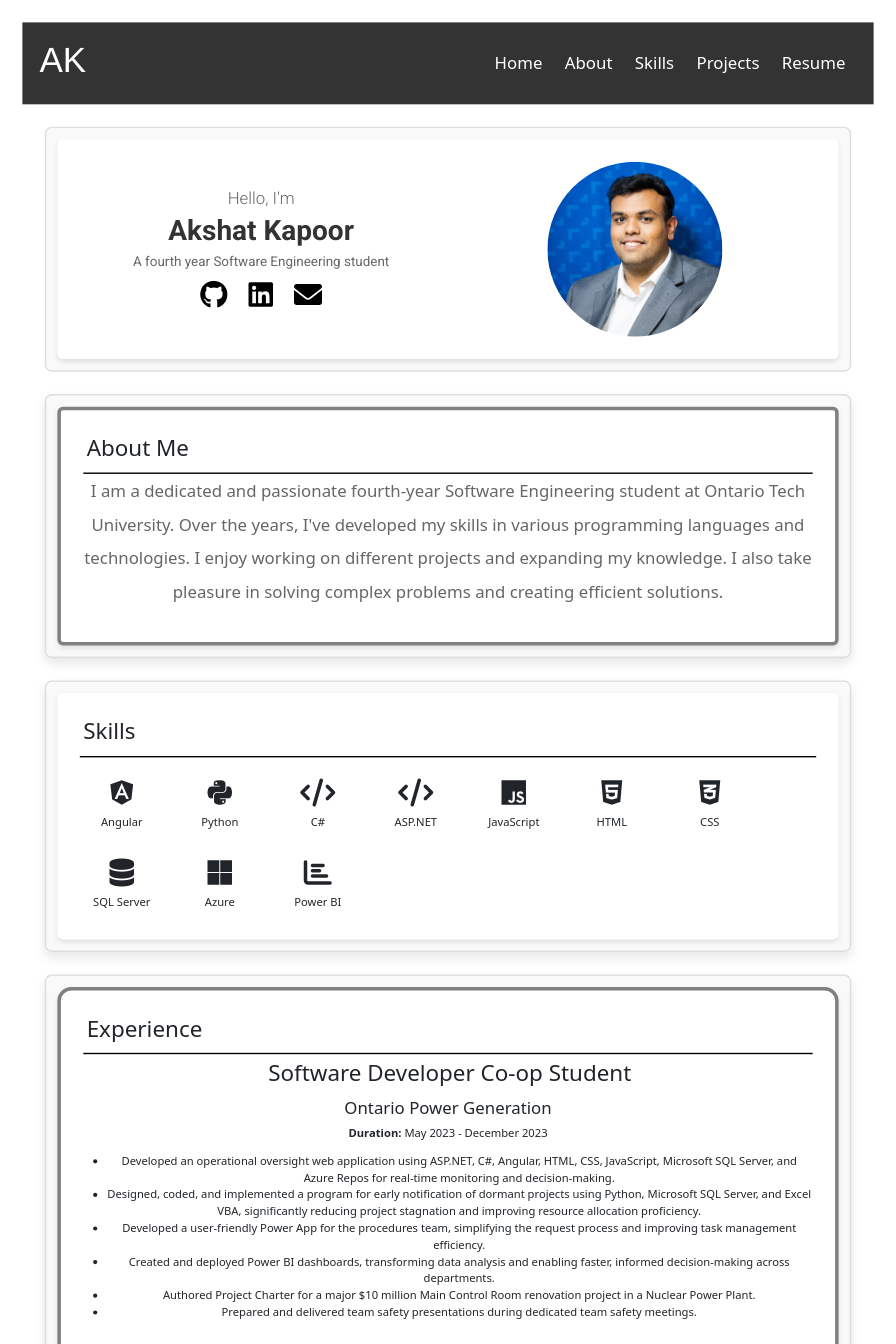
Repository: AkshatKapo/My-Portfolio
Page: /
An editor plug-in stored every save of this project. The page is shown before and after the next save, followed by the edit.
The browser window is 1280 px wide. The pictures show the part of the page from y = 0 to 1920 px (the page is 3269 px tall), at 70% of full size.
The project was rebuilt for these pictures with package versions that can differ from the ones it lists, and the page was loaded fresh each time. Also part of the build but not shown: vite.config.js.

Above is the page before, as saved 2024-06-18 18:16:05.

### index.html
<!DOCTYPE html>
<html lang="en">
  <head>
    <meta charset="UTF-8" />
    <link rel="stylesheet" href="https://cdnjs.cloudflare.com/ajax/libs/font-awesome/6.0.0-beta3/css/all.min.css">
    <link rel="stylesheet" href="https://maxcdn.bootstrapcdn.com/bootstrap/4.5.2/css/bootstrap.min.css">

    <meta name="viewport" content="width=device-width, initial-scale=1.0" />
    <title>Vite + React</title>
  </head>
  <body>
    <div id="root"></div>
    <script type="module" src="/src/main.jsx"></script>
  </body>
</html>

### src/main.jsx
import React from 'react'
import ReactDOM from 'react-dom/client'
import App from './App'
import './index.css'
import 'bootstrap/dist/css/bootstrap.min.css';


ReactDOM.createRoot(document.getElementById('root')).render(
  <React.StrictMode>
    <App />
  </React.StrictMode>,
)

### src/App.jsx
import { useEffect } from 'react';
import './App.css';
import Header from './components/Header';
import Home from './components/Home';
import About from './components/About';
import Experience from './components/Experience'; // Corrected import path
import Projects from './components/projects';
import Contact from './components/Contact';
import Skill from './components/skill'
function App() {
  useEffect(() => {
    function reveal() {
      let reveals = document.querySelectorAll(".reveal");// stores all the elements with class reveal into an array

      for (var i = 0; i < reveals.length; i++) { // iterates through reveals array, takes the each element with class reveals
        let windowHeight = window.innerHeight; // gets the height of the view port
        let elementTop = reveals[i].getBoundingClientRect().top;// gets the postion of the element relative to the view port
        let sectionHeight = reveals[i].offsetHeight;// calculates the hieght of the element
        let elementVisible = windowHeight - elementTop > 0 ? windowHeight - elementTop : 0;// calculates the porton  of the element visible(Dstance between the top of the view port  and bottom of visible part of  the element)
        let visibilityRatio = elementVisible / sectionHeight; // Fraction of the element visible

        if (visibilityRatio > 0.5) {  // if the visibility ratio is greater than half then it will make it visible
          reveals[i].classList.add("active");// add class actve to the element to make it visible
        } else { // if its less than 0.5 than it wll not display it or remove the class
          reveals[i].classList.remove("active");
        }
      }
    }

    window.addEventListener("scroll", reveal);// Add scroll as event listenere because wewe want to dsplay elements as user scrolls down

    // Call reveal initially to check the visibility of elements when the component mounts
    reveal();

    // Cleanup function to remove event listener when component unmounts
    return () => {
      window.removeEventListener("scroll", reveal);
    };
  }, []);


  return (
    <div>
      <Header />
      <Home />
      <About />
      <Skill />
      <Experience />
      <Projects />
      <Contact />

    </div>
  );
}

export default App;

/*
Mount: useEffect runs, reveal function defined and called, scroll event listener added.
Scroll: Each scroll triggers the reveal function to recalculate and update element visibility.
Unmount: Cleanup function removes the scroll event listener.
*/

### src/index.css
body {
    font-family: 'Segoe UI', Tahoma, Geneva, Verdana, sans-serif;
    background-color:#ccddff;
    color:black;
    margin: 0;
    padding: 0;
  }


  #root {
    display: flex;
    flex-direction: column;
    min-height: 100vh;
  }

### src/App.css
#root {
  max-width: 1280px;
  margin: 0 auto;
  padding: 2rem;
  text-align: center;
}
.reveal {
  opacity: 0;
  transform: translateY(100px);
  transition: opacity 0.6s ease-out, transform 0.6s ease-out;
}

.reveal.active {
  opacity: 1;
  transform: translateY(0);
}

### src/components/Header.jsx
import React from 'react'
import './Header.css'

const Header = () => {
  return (
    <header>
      <h1 className='title'>AK</h1>
      <nav>
        <ul>
          <li><a href="#home">Home</a></li>
          <li><a href="#about">About</a></li>
          <li><a href="#skills">Skills</a></li>
          <li><a href="#projects">Projects</a></li>
          <li><a href="/Akshat_Kapoor_Resume.pdf">Resume</a></li>
        </ul>
      </nav>
    </header>
  )
}

export default Header

### src/components/Home.jsx
import React from "react";
import "./Home.css";

const Home = () => {
  return (
    <div className="reveal">
      <section id="home">
        <div className="home-content">
          <div className="text-content">
            <h3>Hello, I'm</h3>
            <h1>Akshat Kapoor</h1>
            <h4>A fourth year Software Engineering student</h4>
            <div className="social-icons">
              <a href="https://github.com/yourusername" target="_blank" rel="noopener noreferrer">
                <i className="fab fa-github"></i>
              </a>
              <a href="https://www.linkedin.com/in/yourusername" target="_blank" rel="noopener noreferrer">
                <i className="fab fa-linkedin"></i>
              </a>
              <a href="mailto:youremail@gmail.com" target="_blank" rel="noopener noreferrer">
                <i className="fas fa-envelope"></i>
              </a>

            </div>


          </div>

          <div className="line1"></div>
          <div className="image-content">
            <img
              src="/assets/images/1666144074188.jpeg"
              alt="Akshat Kapoor"
              className="profile-image"
            />
          </div>
        </div>
      </section>
    </div>
  );
};

export default Home;

### src/components/About.jsx
import React from 'react';
import './About.css';

function About() {
  return (
    <section id="about">
      <div id='about-content'>
       <h2>About Me</h2>
       <div className='seperator'>


       </div>
       <p>I am a dedicated and passionate fourth-year Software Engineering student at Ontario Tech University. Over the years, I've developed my skills in various programming languages and technologies. I enjoy working on different projects and expanding my knowledge. I also take pleasure in solving complex problems and creating efficient solutions. </p>
      </div>
    </section>
  );
}

export default About;

### src/components/Experience.jsx
import React from 'react'
import './Experience.css'

const Experience = () => {
  return (
    <div className="reveal">
      <section id="experience">
        <div id="experience-content">
          <h2>Experience</h2>
          <div className="divider1"></div>
          <div>
            <h3>Software Developer Co-op Student</h3>
            <h4>Ontario Power Generation</h4>
            <p>
              <strong>Duration:</strong> May 2023 - December 2023
            </p>
            <ul>
              <li>Developed an operational oversight web application using ASP.NET, C#, Angular, HTML, CSS, JavaScript, Microsoft SQL Server, and Azure Repos for real-time monitoring and decision-making.</li>
              <li>Designed, coded, and implemented a program for early notification of dormant projects using Python, Microsoft SQL Server, and Excel VBA, significantly reducing project stagnation and improving resource allocation proficiency.</li>
              <li>Developed a user-friendly Power App for the procedures team, simplifying the request process and improving task management efficiency.</li>
              <li>Created and deployed Power BI dashboards, transforming data analysis and enabling faster, informed decision-making across departments.</li>
              <li>Authored Project Charter for a major $10 million Main Control Room renovation project in a Nuclear Power Plant.</li>
              <li>Prepared and delivered team safety presentations during dedicated team safety meetings.</li>
            </ul>
          </div>
        </div>
      </section>
    </div>
  )
}

export default Experience

### src/components/projects.jsx
import React from "react";
import "./projects.css";

const projects = () => {
  return (
    <section id="projects">
      <div class="project-list">
        <h2>Projects</h2>
        <div className="seperator"></div>
        <div class="project-row">
          <div class="project">
            <h3>Digit Recognizer</h3>
            <img src="/assets/images/image.jpg"></img>
            <p>
              Developed a PyTorch-based neural network with a four-layer
              feedforward architecture to classify MNIST handwritten digits
              using Python programming language and Machine learning methods.
            </p>
            <a href="/Machine_Learning_Project.pdf" class="Projectbutton">
              View Report
            </a>
            <a href="link-to-project1" class="Projectbutton2">
              View Project
            </a>
          </div>
          <div class="project">
            <h3>Next-Day Date Calculation: Java Test Case Design </h3>
            <img src="/assets/images/date.jpg"></img>
            <p>
              Developed a Java program for next-day date calculation, leveraging
              JUnit for systematic testing.{" "}
            </p>
            <a href="/100781511_Akshat_Kapoor_TestDesignAssignment_NextDate.pdf" class="Projectbutton">
              View Report
            </a>
            <a href="link-to-project1" class="Projectbutton2">
              View Project
            </a>
          </div>
        </div>
        <div class="project-row">
          <div class="project">
            <h3>Camera Motoin Sensor System</h3>
            <img src="/assets/images/moton sensor.jpg"></img>
            <p>
              Developed a software project management project related to a
              camera motion sensor system, which includes creating project plans and techncal documents.
            </p>
            <a href="/SPM_Project.pdf" class="Projectbutton">
              View Report
            </a>
            <a href="link-to-project1" class="Projectbutton2">
              View Project
            </a>
          </div>
          <div class="project">
            <h3>Course Registeration Website</h3>
            <img src="/assets/images/coursespage.jpg"></img>
            <p>
              Developed a university course registration website,
              meeting deadlines and objectives using HTML, CSS, JavaScript,
              Bootstrap, PHP, and SQL for design and functionality.
            </p>
            <a href="/Data_Report.pdf" class="Projectbutton">
              View Report
            </a>
            <a href="link-to-project1" class="Projectbutton2">
              View Project
            </a>
          </div>
        </div>
      </div>
    </section>
  );
};

export default projects;

### src/components/Contact.jsx
import React from "react";
import "./Contact.css";

const Contact = () => {
  return (
    <footer id="footer">
      <div className="footer-content">
        <ul className="footer-icons">
          <li>
            <a
              href="https://github.com/yourusername"
              target="_blank"
              rel="noopener noreferrer"
            >
              <i className="fab fa-github"></i>
            </a>
          </li>
          <li>
            <a
              href="https://www.linkedin.com/in/yourusername"
              target="_blank"
              rel="noopener noreferrer"
            >
              <i className="fab fa-linkedin"></i>
            </a>
          </li>
          <li>
            <a
              href="mailto:youremail@gmail.com"
              target="_blank"
              rel="noopener noreferrer"
            >
              <i className="fas fa-envelope"></i>
            </a>
          </li>
        </ul>

      </div>
      <p className="footer-copy">© 2024 Akshat Kapoor</p>
    </footer>
  );
};

export default Contact;

### src/components/skill.jsx
import React from 'react'
import './skill.css'

const skills = [
    { name: "Angular", icon: "fab fa-angular" },
    { name: "Python", icon: "fab fa-python" },
    { name: "C#", icon: "fas fa-code" },
    { name: "ASP.NET", icon: "fas fa-code" },
    { name: "JavaScript", icon: "fab fa-js" },
    { name: "HTML", icon: "fab fa-html5" },
    { name: "CSS", icon: "fab fa-css3-alt" },
    { name: "SQL Server", icon: "fas fa-database" },
    { name: "Azure", icon: "fab fa-microsoft" },
    { name: "Power BI", icon: "fas fa-chart-bar" },
  ];

function skill() {
  return (
    <div className="reveal">
      <section id="skills">
        <div className="skills-content">
          <h2>Skills</h2>
          <div className="separator"></div>
          <div className="skills-list">
            {skills.map((skill) => (
              <div className="skill" key={skill.name}>
                <i className={skill.icon}></i>
                <p>{skill.name}</p>
              </div>
            ))}
          </div>
        </div>
      </section>
    </div>
  )
}

export default skill

### src/components/Header.css
header {
  background-color: #333;
  color: white;
  padding: 2%;
  display: flex;
  justify-content: space-between;
  align-items: center;

    /* text-align: center; */
  }
  .title {
    font-family: 'Helvetica', sans-serif;
    font-size: 50px;
    background:white;
    -webkit-background-clip: text;
    color: transparent;
  }


  nav ul {
    list-style-type: none;
    padding: 0;
    margin: 0;
    display: flex;
  }

  nav ul li {
    margin: 0 1rem;
  }

  nav ul li a {
    color: white;
    text-decoration: none;
    font-size: 150%;
  }

### src/components/Home.css
 @import url('https://fonts.googleapis.com/css2?family=Roboto:wght@300;400;700&display=swap');

#home {
  padding: 1rem;
  display: flex;
  justify-content: center;
  align-items: center;
  background-color: #f9f9f9;
  border: 2px solid #ddd; /* Light border */
  border-radius: 10px; /* Rounded corners */
  margin: 2rem; /* Margin to ensure it doesn’t touch the edges of the container */
}

.home-content {
  display: flex;
  align-items: center;
  width: 100%;
  max-width: 1200px; /* Adjust the max-width as needed */
  background: #fff; /* Background for the content */
  padding: 2rem; /* Padding around the content */
  box-shadow: 0 4px 8px rgba(0, 0, 0, 0.1); /* Shadow for styling */
  border-radius: 8px; /* Rounded corners */

}

.line {
  border-left: 2px solid black;
  height: auto; /* Set to auto to match the height of the content */
  margin: 0 2rem; /* Adjust as needed to create space around the line */
}
.text-content {
  flex: 1;
  padding-right: 1rem;
  font-family: 'Roboto', sans-serif;
}

.text-content h2 {
  font-size: 2.5rem; /* Adjust the font size as needed */
  font-weight: 900;
  color: #333;
  margin-bottom: 1rem;
}
.text-content h3 {
  font-size: 1.5rem; /* Adjust the font size as needed */
  font-weight: 300;
  color: #666;
  margin-bottom: 0.5rem;
}

.text-content h1 {
  font-size: 2.5rem; /* Adjust the font size as needed */
  font-weight: 700;
  color: #333;
  margin-bottom: 0.5rem;
}
.text-content h4 {
  font-size: 1.2rem; /* Adjust the font size as needed */
  font-weight: 400;
  color: #666;
  margin-bottom: 1rem;
}


.text-content p {
  font-size: 1rem; /* Adjust the font size as needed */
  line-height: 1.6; /* Adjust the line height as needed */
  color: #666;
  font-weight: 300;
}

.image-content {
  flex: 1;
  display: flex;
  justify-content: center;
}

.profile-image {
  width: 250px;
  height: 250px;
  border-radius: 50%;
  object-fit: cover;
}

.social-icons {
  display: flex;
  gap: 30px; /* Adjust the spacing between icons */
  justify-content: center;
}

.social-icons a {
  color: #000; /* Change the color if needed */
  text-decoration: none;
}

.social-icons .icon {
  width: 40px; /* Adjust the size of the icons */
  height: 40px; /* Adjust the size of the icons */
}

.social-icons i {
  font-size: 40px; /* Adjust the size of the font-awesome icons */
}

/* Add hover effect if desired */
.social-icons a:hover {
  opacity: 0.7; /* Example hover effect */
}

### src/components/About.css
#about {
  padding: 1rem;
  display: flex;
  background-color: #f9f9f9;
  border: 2px solid #ddd; /* Light border */
  border-radius: 10px; /* Rounded corners */
  box-shadow: 0 8px 16px rgba(0, 0, 0, 0.1); /* Shadow for depth */
  margin: 2rem; /* Margin to ensure it doesn’t touch the edges of the container */



}
#about-content {
  display: table-column;
  justify-content: space-between;
  width: 100%;
  max-width: 1200px; /* Adjust the max-width as needed */
  background: #fff; /* Background for the content */
  padding: 2rem; /* Padding around the content */
  box-shadow: 0 4px 8px rgba(0, 0, 0, 0.1); /* Shadow for styling */
  border-radius: 8px; /* Rounded corners */
}


#about h2 {
  font-size: 2rem;
  text-align: left; /* This will align the heading to the left */
  margin-bottom: 1rem; /* Adding some space between the heading and the paragraph */
  margin-top: 0.2rem;
  margin-left: 0.3rem;


}
.seperator {
  border-top: 2px solid black;
  width: 100%; /* Adjust as needed */
  margin: 20px 3; /* Adjust as needed */
}

#about p {
  font-size: 1.5rem; /* Adjust the font size as needed */
  line-height: 2; /* Adjust the line height as needed */
  color: #666;
  font-weight: 300;
  }
#about {
  padding: 1rem;
  display: flex;
  background-color: #f9f9f9;
  border: 2px solid #ddd; /* Light border */
  border-radius: 10px; /* Rounded corners */
  box-shadow: 0 8px 16px rgba(0, 0, 0, 0.1); /* Shadow for depth */
  margin: 2rem; /* Margin to ensure it doesn’t touch the edges of the container */



}
#about-content {
  display: table-column;
  justify-content: space-between;
  width: 100%;
  max-width: 1200px; /* Adjust the max-width as needed */
  background: #fff; /* Background for the content */
  padding: 2rem; /* Padding around the content */
  box-shadow: 0 4px 8px rgba(0, 0, 0, 0.1); /* Shadow for styling */
  border-radius: 8px; /* Rounded corners */
  border: 5px solid grey

}


#about h2 {
  font-size: 2rem;
  text-align: left; /* This will align the heading to the left */
  margin-bottom: 1rem; /* Adding some space between the heading and the paragraph */
  margin-top: 0.2rem;
  margin-left: 0.3rem;


}
.seperator {
  border-top: 2px solid black;
  width: 100%; /* Adjust as needed */
  margin: 20px 3; /* Adjust as needed */
}

#about p {
  font-size: 1.5rem; /* Adjust the font size as needed */
  line-height: 2; /* Adjust the line height as needed */
  color: #666;
  font-weight: 300;
  }

### src/components/Experience.css
#experience {
  padding: 1rem;
  display: flex;
  background-color: #f9f9f9;
  border: 2px solid #ddd; /* Light border */
  border-radius: 10px; /* Rounded corners */
  box-shadow: 0 8px 16px rgba(0, 0, 0, 0.1); /* Shadow for depth */
  margin: 2rem; /* Margin to ensure it doesn’t touch the edges of the container */
  }
  #experience-content{
    display: table-column;
    justify-content: space-between;
    width: 100%;
    max-width: 1200px; /* Adjust the max-width as needed */
    background: #fff; /* Background for the content */
    padding: 2rem; /* Padding around the content */
    box-shadow: 0 4px 8px rgba(0, 0, 0, 0.1); /* Shadow for styling */
    border-radius: 20px; /* Rounded corners */
    border: 5px solid grey;
  }
  #experience h2 {
    font-size: 2rem;
    text-align: left; /* This will align the heading to the left */
    margin-bottom: 1rem; /* Adding some space between the heading and the paragraph */
    margin-top: 0.2rem;
    margin-left: 0.3rem;

  }
  .divider1 {
    border-top: 2px solid black;
    width: 100%; /* Adjust as needed */
    margin: 20px 3; /* Adjust as needed */
  }
  #experience h3 {
    font-size: 2rem;
    text-align: center;
    margin-bottom: 1rem; /* Adding some space between the heading and the paragraph */
    margin-top: 0.5rem;
    margin-left: 0.3rem;

  }
  .experience-content ul {
    list-style-type: disc; /* or another type of bullet, like circle or square */
    margin-left: 20px;
  }

  .experience-content li {
    margin-bottom: 10px;
  }

### src/components/Contact.css
#footer {
  background-color: #333;
  padding: 1rem 0;
  text-align: center;
  color: white;
}

.footer-content {
  display: flex;
  justify-content: center;
  align-items: center;
  margin-bottom: 1rem;
}

.footer-icons {
  list-style: none;
  padding: 0;
  margin: 0;
  text-align: center;
}

.footer-icons li {
  display: inline-block;
  margin: 0 20px; /* Increased margin for more gap between icons */
}

.footer-icons li a {
  color: grey; /* Change color as needed */
  font-size: 40px; /* Adjust size as needed */
  text-decoration: none;
}

.footer-icons li a:hover {
  color: #007bff; /* Change color on hover as needed */
}
.footer-copy {
  margin-top: 1rem;
  font-size: 16px;
  color: #aaa;
}

### src/components/skill.css
#skills {
  padding: 1rem;
  display: flex;
  background-color: #f9f9f9;
  border: 2px solid #ddd; /* Light border */
  border-radius: 10px; /* Rounded corners */
  box-shadow: 0 8px 16px rgba(0, 0, 0, 0.1); /* Shadow for depth */
  margin: 2rem; /* Margin to ensure it doesn’t touch the edges of the container */
}

.skills-content {
  display: table-column;
  justify-content: space-between;
  width: 100%;
  max-width: 1200px; /* Adjust the max-width as needed */
  background: #fff; /* Background for the content */
  padding: 2rem; /* Padding around the content */
  box-shadow: 0 4px 8px rgba(0, 0, 0, 0.1); /* Shadow for styling */
  border-radius: 8px; /* Rounded corners */
}

.skills-list {
  display: flex;
  flex-wrap: wrap;
  gap: 20px;
}

#skills h2 {
  font-size: 2rem;
  text-align: left; /* This will align the heading to the left */
  margin-bottom: 1rem; /* Adding some space between the heading and the paragraph */
  margin-top: 0.2rem;
  margin-left: 0.3rem;
}

.skill {
  display: flex;
  flex-direction: column;
  align-items: center;
  width: 100px;
  margin: 10px;
}

.skill i {
  font-size: 40px;
  margin-bottom: 10px;
}

.skill p {
  font-size: 16px;
  margin: 0;
}

.separator {
  height: 2px;
  width: 100%; /* Set to 100% to fill the parent container */
  background-color: #000;
  margin: 10px auto 20px;
}

Loaded but not shown: src/components/projects.css (103 lines, source omitted)

After the next save:
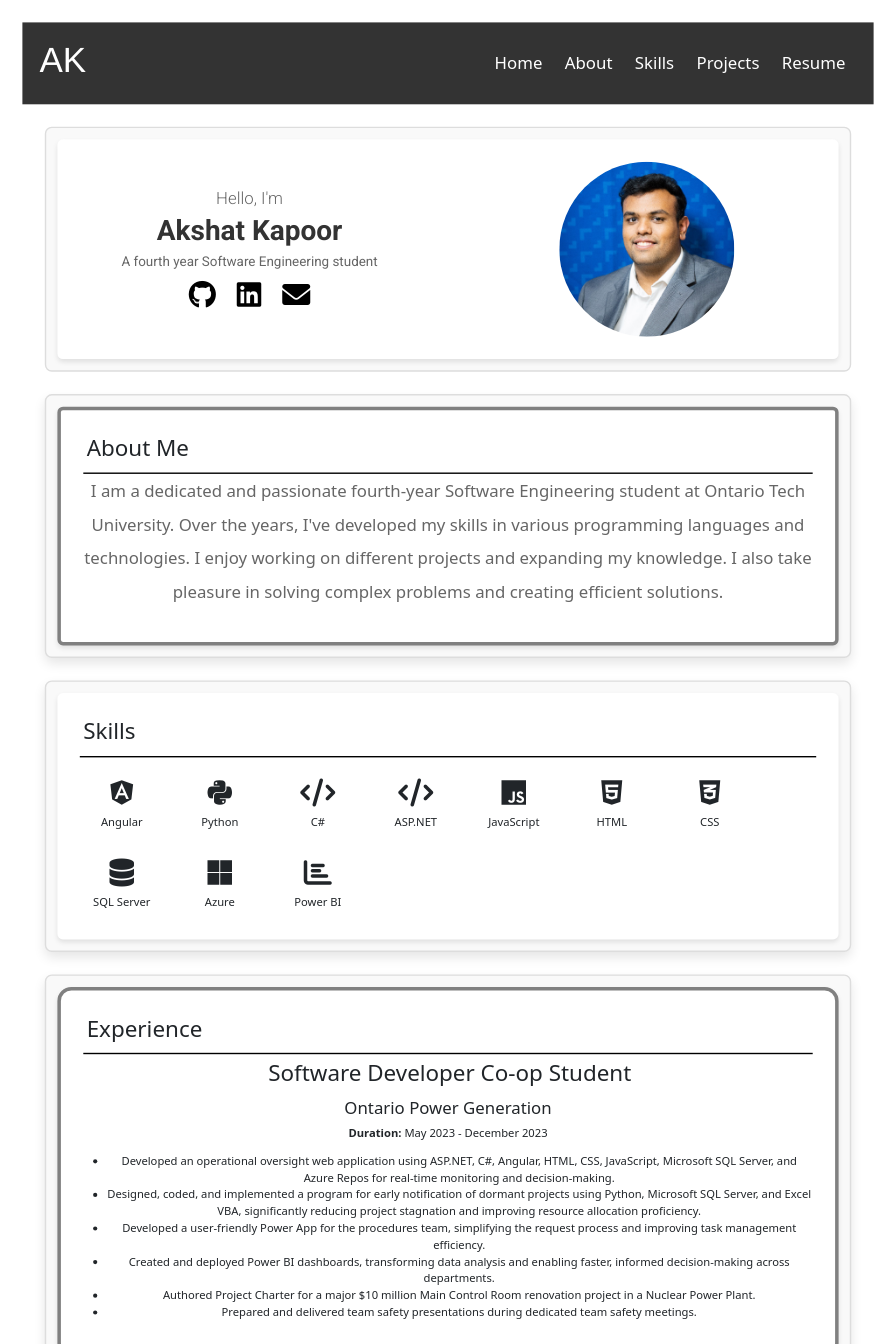
Saved 11 s later.
--- a/src/components/Home.css
+++ b/src/components/Home.css
@@ -23,7 +23,7 @@
 
 }
 
-.line {
+.line1 {
   border-left: 2px solid black;
   height: auto; /* Set to auto to match the height of the content */
   margin: 0 2rem; /* Adjust as needed to create space around the line */
